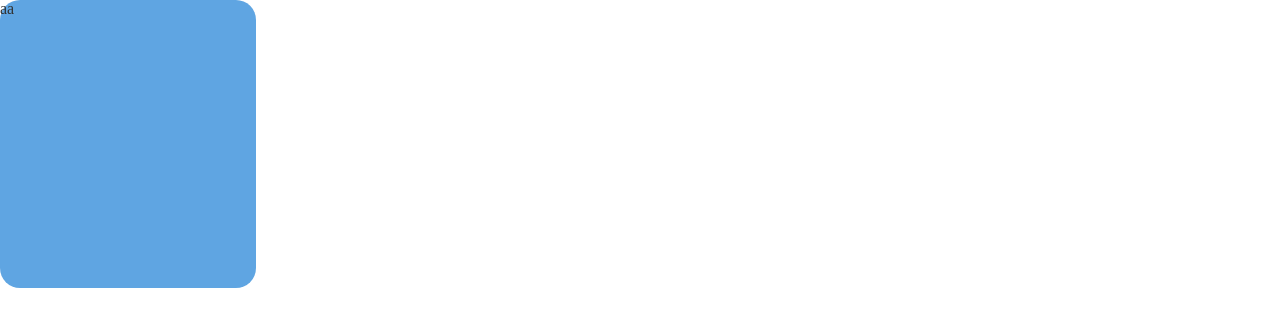
Repository: KevynMarques/Estudos-Reactjs-Firebase
Page: /
An editor plug-in stored every save of this project. The page is shown before and after the next save, followed by the edit.
The browser window is 1280 px wide. The pictures show the whole page.
The page's requests for data from a server got no answer. The project was rebuilt for these pictures with package versions that can differ from the ones it lists, and the page was loaded fresh each time. No one was signed in, and anything a server would have sent is missing. Also part of the build but not shown: src/Pages/Page2.jsx.

Above is the page before, as saved 2022-08-23 12:26:57.

After the next save:
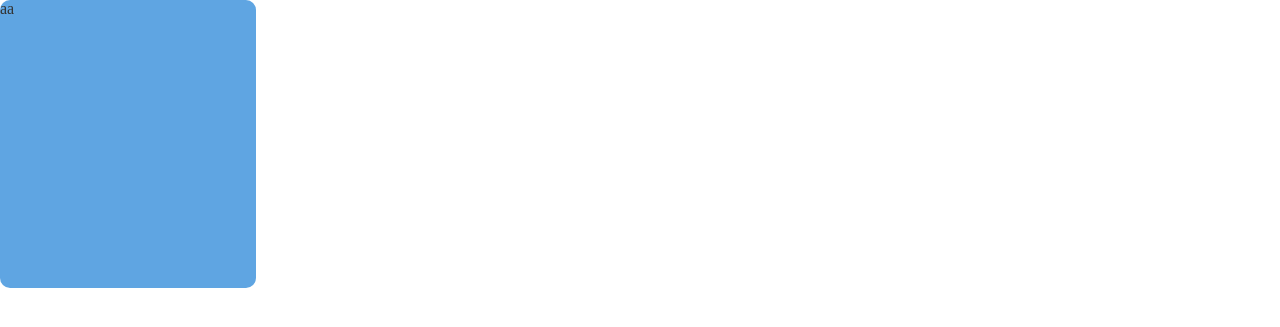
Saved 7 s later.
--- a/src/Components/Login/style.jsx
+++ b/src/Components/Login/style.jsx
@@ -5,5 +5,5 @@ export const BoxLogin = styled.div`
   height: 40vh;
   background-color: #388fdb;
   opacity: 0.8;
-  border-radius: 20px;
+  border-radius: 10px;
 `;
